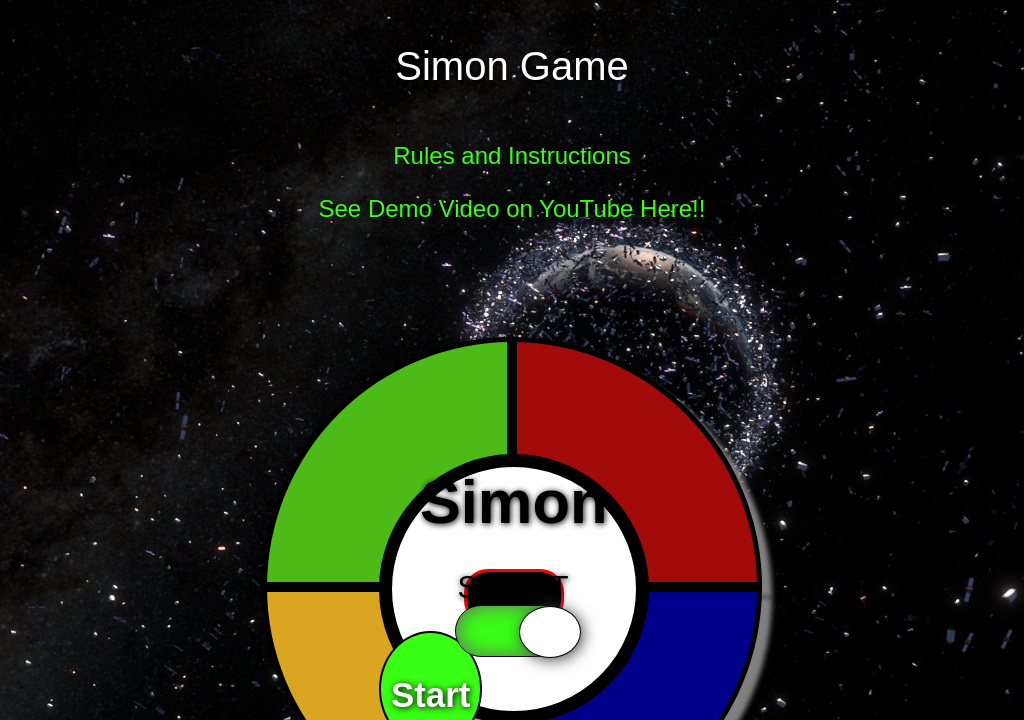
Repository: cgaynor91/Simon-Memory-Game
Page: index.html
The author's editor kept a record of every edit. The page is drawn from the files as they stood at one moment, then again after the next edit.
The browser window is 1024 px wide. The pictures show the whole page.
An inner scrolling area shows only its first screen. Some web fonts or font styles are not loaded; a fallback is used.

Above is the page before.

After the next edit:
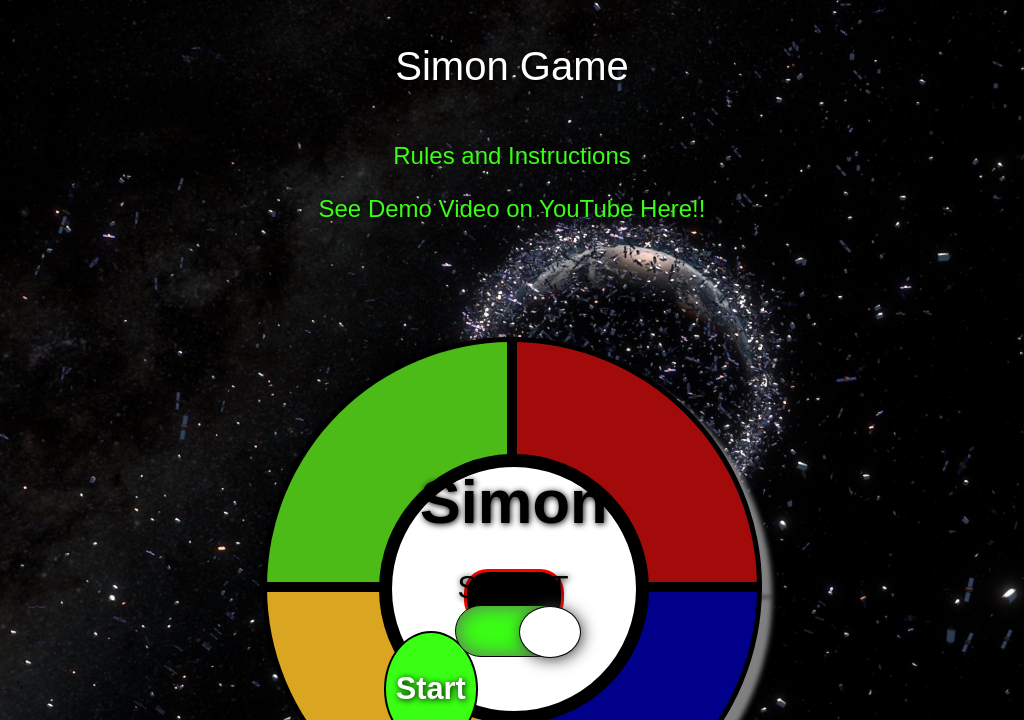
The edit:
--- a/assets/css/style.css
+++ b/assets/css/style.css
@@ -367,7 +367,7 @@
   }
 
   #start {
-    font-size: 3.4vw;
+    font-size: 3vw;
     height: 11.3vw;
     width: 11.3vw;
     margin-right: 16.2vw;
